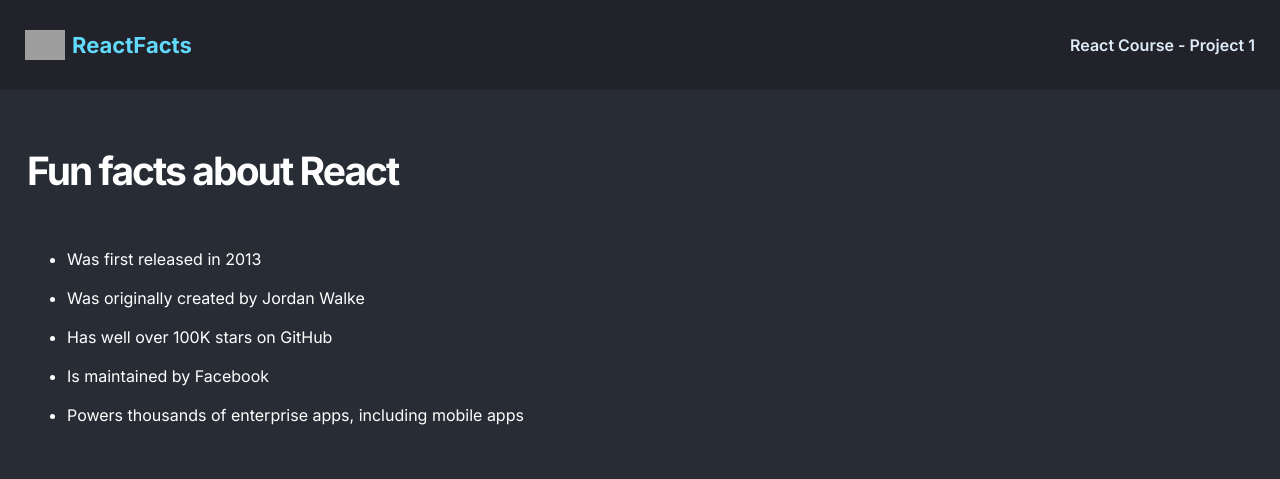
Repository: evemcd/scrimba-react2
Page: / (app in vite-react/)
An editor plug-in stored every save of this project. The page is shown before and after the next save, followed by the edit.
The browser window is 1280 px wide. The pictures show the whole page.
Pictures or frames that could not be fetched are drawn as grey boxes. The project was rebuilt for these pictures with package versions that can differ from the ones it lists, and the page was loaded fresh each time. Also part of the build but not shown: vite-react/vite.config.js.

Above is the page before, as saved 2023-08-04 12:18:33.

### vite-react/index.html
<!doctype html>
<html lang="en">

<head>
  <meta charset="UTF-8" />
  <meta name="viewport" content="width=device-width, initial-scale=1.0" />
  <link rel="preconnect" href="https://fonts.googleapis.com">
  <link rel="preconnect" href="https://fonts.gstatic.com" crossorigin>
  <link
    href="https://fonts.googleapis.com/css2?family=Inter:wght@400;600;700&family=Roboto+Condensed:wght@300;400;700&family=Roboto:ital,wght@0,400;0,700;0,900;1,300&display=swap"
    rel="stylesheet">
  <link rel="stylesheet" href="./src/index.css">
  <title>ReactFacts</title>
</head>

<body>
  <div id="root"></div>
  <script type="module" src="/src/index.jsx"></script>
</body>

</html>

### vite-react/src/index.css
* {
  box-sizing: border-box;
}

body {
  margin: 0;
  font-family: Inter, sans-serif;
  background-color: #282D35;
}

nav {
  display: flex;
  align-items: center;
  background-color: #21222A;
  height: 90px;
  padding: 30px 25px;
}

.nav--icon {
  height: 30px;
  margin-right: 7px;
}

.nav--logo_text {
  color: #61DAFB;
  margin: 0;
  margin-right: auto;
  font-weight: 700;
  font-size: 22px;
}

.nav--title {
  margin: 0;
  color: #DEEBF8;
  font-weight: 600;
}

main {
  color: #FFFFFF;
  padding: 57px 27px;
}

.main--title {
  margin: 0;
  /* padding: 40px 25px 20px 25px; */
  font-size: 39px;
  letter-spacing: -0.05em;
}

.main--facts {
  margin-top: 46px;
}

.main--facts>li {
  line-height: 19px;
  padding-block: 10px;
}

### vite-react/src/index.jsx
import React from 'react'
import ReactDOM from 'react-dom'
import App from './App.jsx'



ReactDOM.render(
  <App />,
  document.getElementById('root'))

### vite-react/src/App.jsx
import React from 'react'
import Navbar from './components/Navbar.jsx'
import Main from './components/Main.jsx'

export default function App() {
    return (
        <div className="container">
            <Navbar />
            <Main />
        </div>
    )
}

### vite-react/src/components/Navbar.jsx
import '../index.css'

export default function Navbar() {
    return (
        <nav>
            <img src="../../public/img/react-logo.png" className='nav--icon' />
            <h3 className='nav--logo_text'>ReactFacts</h3>
            <h4 className='nav--title'>React Course - Project 1</h4>
        </nav>
    )
}

### vite-react/src/components/Main.jsx
export default function Main() {
    return (
        <main>
            <h1 className="main--title">Fun facts about React</h1>
            <ul className="main--facts">
                <li className="listElements">Was first released in 2013</li>
                <li className="listElements">Was originally created by Jordan Walke</li>
                <li className="listElements">Has well over 100K stars on GitHub</li>
                <li className="listElements">Is maintained by Facebook</li>
                <li className="listElements">Powers thousands of enterprise apps, including mobile apps</li>
            </ul>
        </main>
    )
}

After the next save:
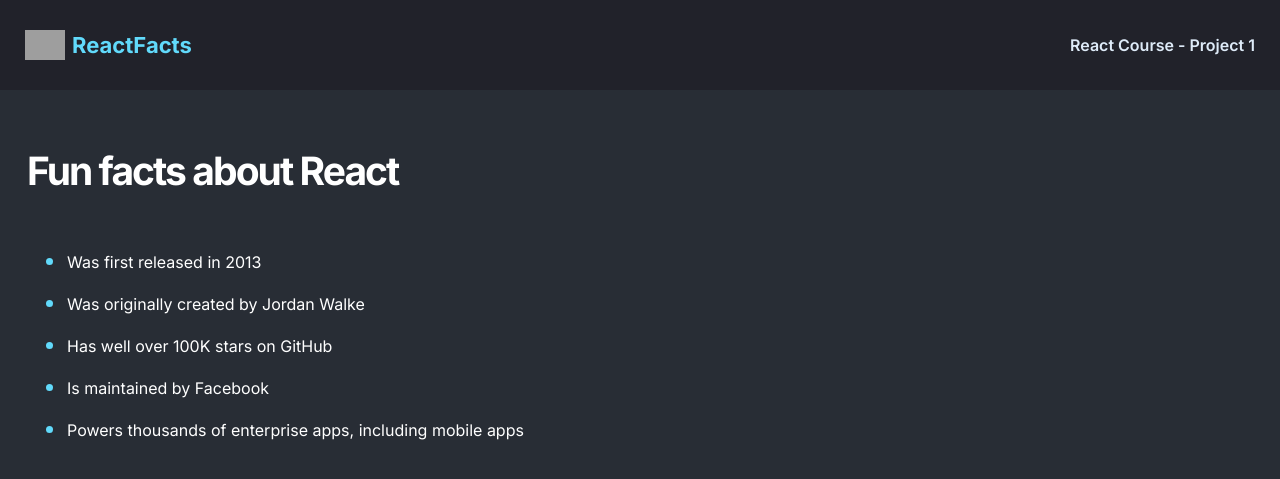
Saved 2 min 44 s later.
--- a/vite-react/src/index.css
+++ b/vite-react/src/index.css
@@ -42,7 +42,6 @@ main {
 
 .main--title {
   margin: 0;
-  /* padding: 40px 25px 20px 25px; */
   font-size: 39px;
   letter-spacing: -0.05em;
 }
@@ -55,3 +54,8 @@ main {
   line-height: 19px;
   padding-block: 10px;
 }
+
+.main--facts>li::marker {
+  font-size: 1.4rem;
+  color: #61DAFB;
+}
